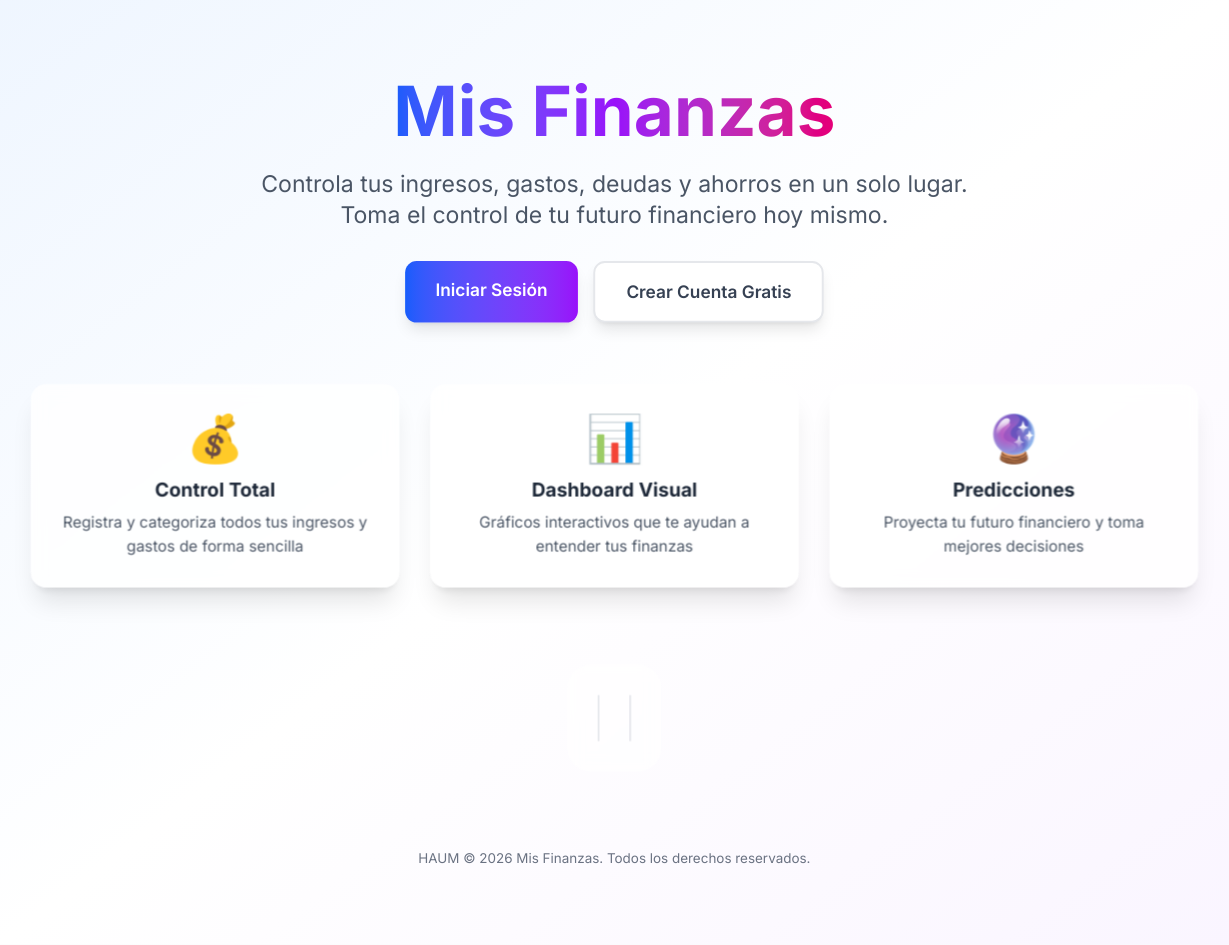
Repository: AlejandroUrrego01291/price-finanzas
Page: /
These files come from the project's save history. The page is drawn as it stood at one moment and after the next save; the edit follows.
The browser window is 1280 px wide. The pictures show the whole page, at 96% of full size.
The project was rebuilt for these pictures with package versions that can differ from the ones it lists, and the page was loaded fresh each time. The framework's server and built-in components were replaced by stand-ins that run in the browser. Also part of the build but not shown: next.config.ts.

Above is the page before, as saved 2026-03-21 13:53:49.

### src/app/layout.tsx
import type { Metadata } from 'next'
import { Inter } from 'next/font/google'
import './globals.css'
import { Providers } from './providers'

const inter = Inter({ subsets: ['latin'] })

export const metadata: Metadata = {
  title: 'Mis Finanzas',
  description: 'Administra tus finanzas personales',
  icons: {
    icon: 'data:[embedded picture, 125 characters]',
  },
}

export default function RootLayout({
  children,
}: {
  children: React.ReactNode
}) {
  return (
    <html lang="es">
      <body className={inter.className}>
        <Providers>{children}</Providers>
      </body>
    </html>
  )
}

### src/app/page.tsx
import Link from 'next/link'

export default function Home() {
  return (
    <div className="min-h-screen bg-gradient-to-br from-blue-50 via-white to-purple-50">
      {/* Hero Section */}
      <div className="max-w-7xl mx-auto px-4 sm:px-6 lg:px-8 py-12 md:py-20">
        <div className="text-center">
          {/* Logo o título principal */}
          <h1 className="text-5xl md:text-7xl font-bold mb-6">
            <span className="bg-gradient-to-r from-blue-600 via-purple-600 to-pink-600 bg-clip-text text-transparent">
              Mis Finanzas
            </span>
          </h1>

          <p className="text-xl md:text-2xl text-gray-600 mb-8 max-w-3xl mx-auto">
            Controla tus ingresos, gastos, deudas y ahorros en un solo lugar.
            Toma el control de tu futuro financiero hoy mismo.
          </p>

          {/* Botones de acción principales */}
          <div className="flex flex-col sm:flex-row gap-4 justify-center mb-16">
            <Link
              href="/login"
              className="px-8 py-4 bg-gradient-to-r from-blue-600 to-purple-600 text-white rounded-xl hover:from-blue-700 hover:to-purple-700 transition-all transform hover:scale-105 shadow-lg text-lg font-semibold"
            >
              Iniciar Sesión
            </Link>
            <Link
              href="/register"
              className="px-8 py-4 bg-white text-gray-700 rounded-xl hover:bg-gray-50 transition-all transform hover:scale-105 shadow-lg border-2 border-gray-200 text-lg font-semibold"
            >
              Crear Cuenta Gratis
            </Link>
          </div>

          {/* Características */}
          <div className="grid md:grid-cols-3 gap-6 md:gap-8 mt-16">
            <div className="bg-white/80 backdrop-blur-sm p-6 md:p-8 rounded-2xl shadow-xl hover:shadow-2xl transition-all transform hover:scale-105">
              <div className="text-4xl md:text-5xl mb-4">💰</div>
              <h3 className="text-xl font-bold text-gray-800 mb-2">Control Total</h3>
              <p className="text-gray-600 text-sm md:text-base">
                Registra y categoriza todos tus ingresos y gastos de forma sencilla
              </p>
            </div>

            <div className="bg-white/80 backdrop-blur-sm p-6 md:p-8 rounded-2xl shadow-xl hover:shadow-2xl transition-all transform hover:scale-105">
              <div className="text-4xl md:text-5xl mb-4">📊</div>
              <h3 className="text-xl font-bold text-gray-800 mb-2">Dashboard Visual</h3>
              <p className="text-gray-600 text-sm md:text-base">
                Gráficos interactivos que te ayudan a entender tus finanzas
              </p>
            </div>

            <div className="bg-white/80 backdrop-blur-sm p-6 md:p-8 rounded-2xl shadow-xl hover:shadow-2xl transition-all transform hover:scale-105">
              <div className="text-4xl md:text-5xl mb-4">🔮</div>
              <h3 className="text-xl font-bold text-gray-800 mb-2">Predicciones</h3>
              <p className="text-gray-600 text-sm md:text-base">
                Proyecta tu futuro financiero y toma mejores decisiones
              </p>
            </div>
          </div>

          {/* Stats o información adicional */}
          <div className="mt-16 md:mt-20">
            <div className="inline-flex flex-wrap justify-center gap-4 md:gap-8 p-6 md:p-8 bg-white/50 backdrop-blur-sm rounded-3xl">

              <div className="w-px h-12 bg-gray-300 hidden md:block"></div>

              <div className="w-px h-12 bg-gray-300 hidden md:block"></div>

            </div>
          </div>

          {/* Footer simple */}
          <div className="mt-16 md:mt-20 text-xs md:text-sm text-gray-500">
            HAUM © 2026 Mis Finanzas. Todos los derechos reservados.
          </div>
        </div>
      </div>
    </div>
  )
}

### src/app/globals.css
@import "tailwindcss";

@theme {
  /* Aquí puedes definir tus variables de tema si las necesitas */
}

/* Clases personalizadas usando @utility en lugar de @apply */
@utility text-title {
  color: #111827;
  /* text-gray-900 */
  font-weight: 700;
}

@utility text-subtitle {
  color: #1F2937;
  /* text-gray-800 */
  font-weight: 600;
}

@utility text-body {
  color: #374151;
  /* text-gray-700 */
}

@utility text-muted {
  color: #4B5563;
  /* text-gray-600 */
}

/* Estilos base */
:root {
  --foreground-rgb: 0, 0, 0;
  --background-rgb: 249, 250, 251;
}

body {
  color: #111827;
  background: rgb(var(--background-rgb));
}

### src/app/providers.tsx
'use client'

import { SessionProvider } from 'next-auth/react'

export function Providers({ children }: { children: React.ReactNode }) {
    return <SessionProvider>{children}</SessionProvider>
}

After the next save:
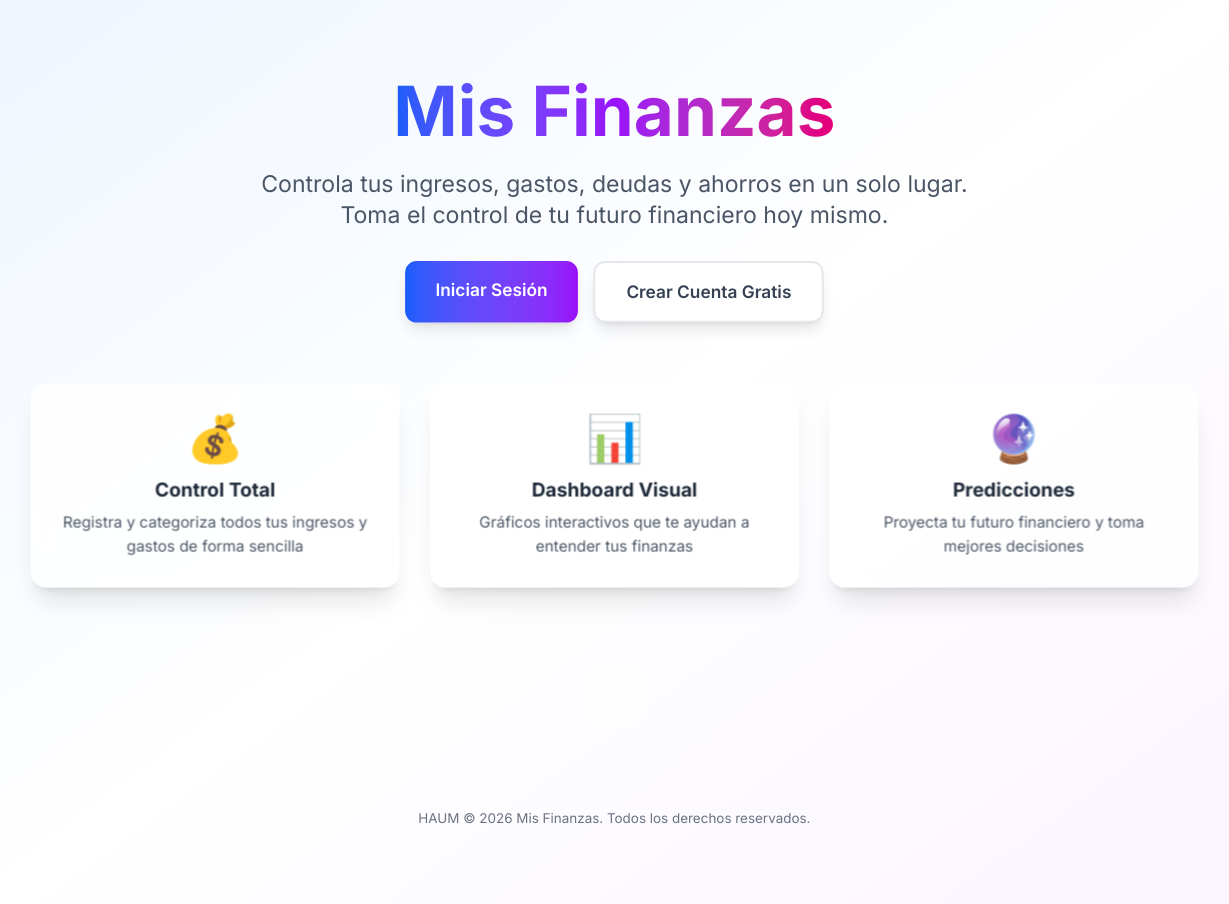
Saved 19 s later.
--- a/src/app/page.tsx
+++ b/src/app/page.tsx
@@ -65,9 +65,7 @@ export default function Home() {
           <div className="mt-16 md:mt-20">
             <div className="inline-flex flex-wrap justify-center gap-4 md:gap-8 p-6 md:p-8 bg-white/50 backdrop-blur-sm rounded-3xl">
 
-              <div className="w-px h-12 bg-gray-300 hidden md:block"></div>
 
-              <div className="w-px h-12 bg-gray-300 hidden md:block"></div>
 
             </div>
           </div>
